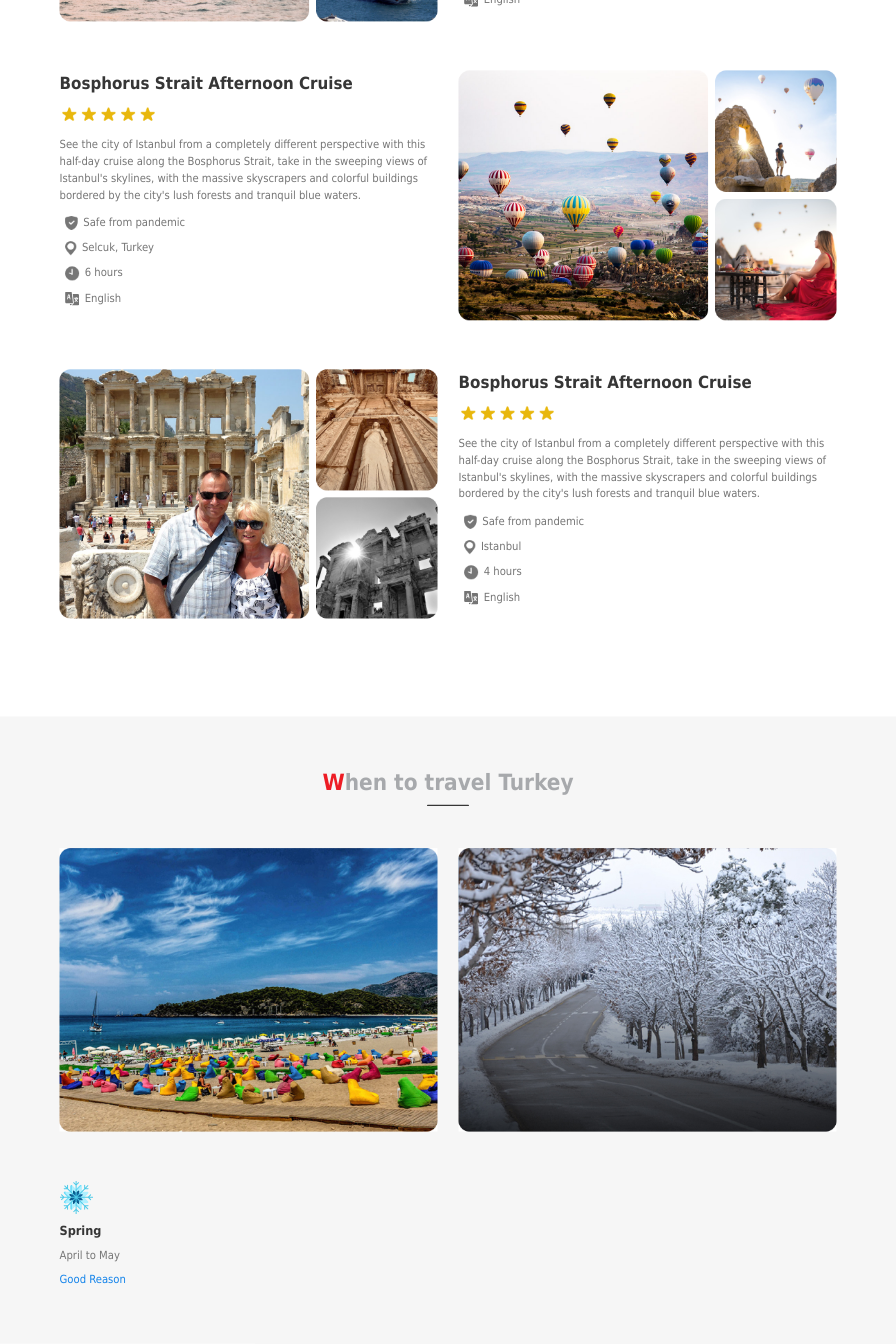
Repository: cvminhquan/turkey
Page: index.html
An editor plug-in stored every save of this project. The page is shown before and after the next save, followed by the edit.
The browser window is 1280 px wide. The pictures show the part of the page from y = 1841 to 3761 px (the page is 3761 px tall), at 70% of full size.
The style sheet was rebuilt from its Sass, Less or Tailwind sources for each picture, by a compiler version that may differ from the author's.

Above is the page before, as saved 2022-09-15 19:53:06.

After the next save:
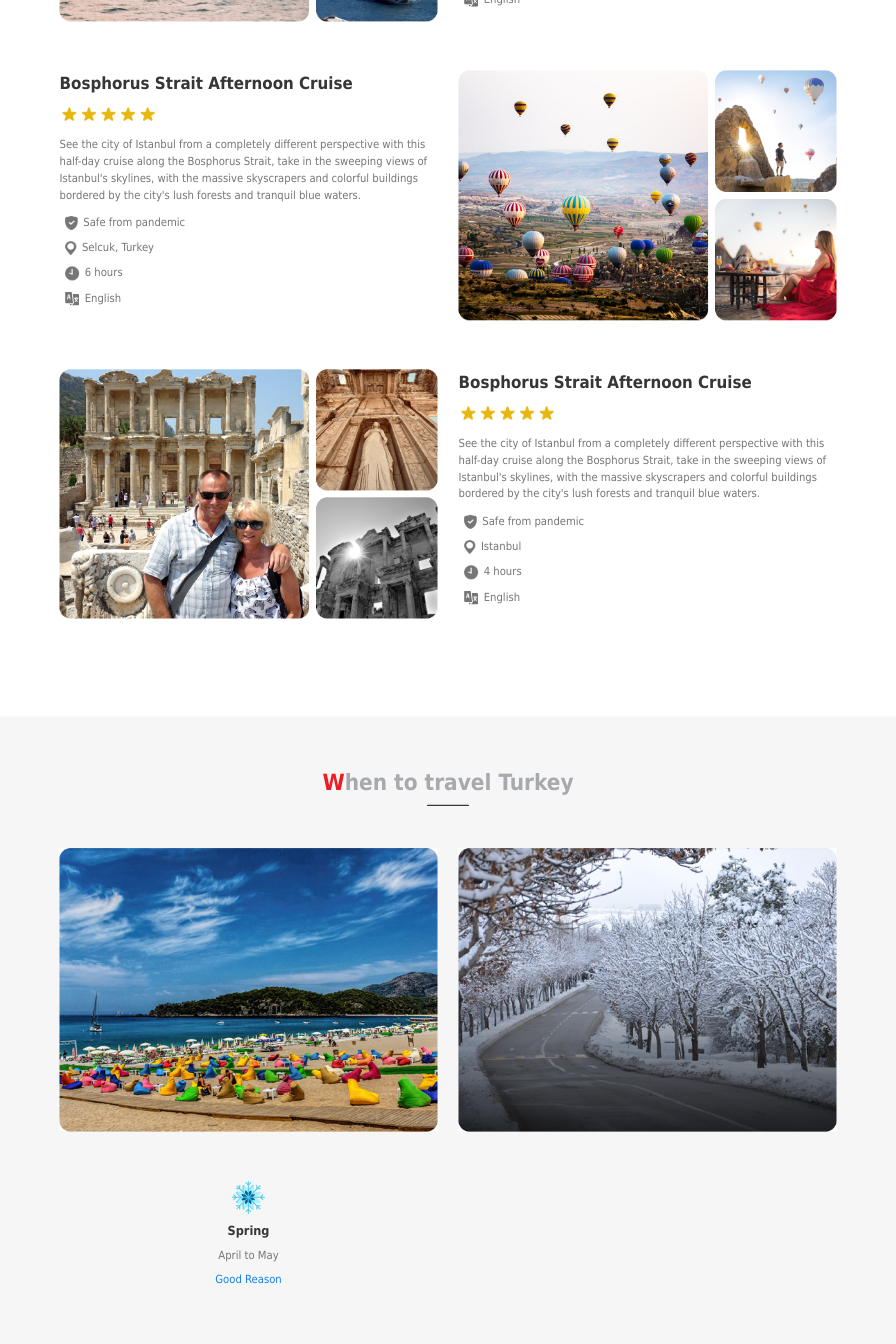
Saved 9 s later.
--- a/index.html
+++ b/index.html
@@ -192,12 +192,14 @@
                     </div>
                 </div> -->
                 <div class="row">
-                    <div class="col-6 text-center><p class=" bdr text-center "><img src="./images/icon-snow.svg " alt=" "></p>
+                    <div class="col-6 text-center">
+                        <p class=" bdr text-center "><img src="./images/icon-snow.svg " alt=" "></p>
                         <h2>Spring</h2>
                         <p>
                             <h3 class="text-month ">April to May</h3>
                         </p>
-                        <p class="text-status ">Good Reason</p></div>
+                        <p class="text-status ">Good Reason</p>
+                    </div>
                     <div class="col-6 "></div>
                     <div class="col-6 "></div>
                     <div class="col-6 "></div>
